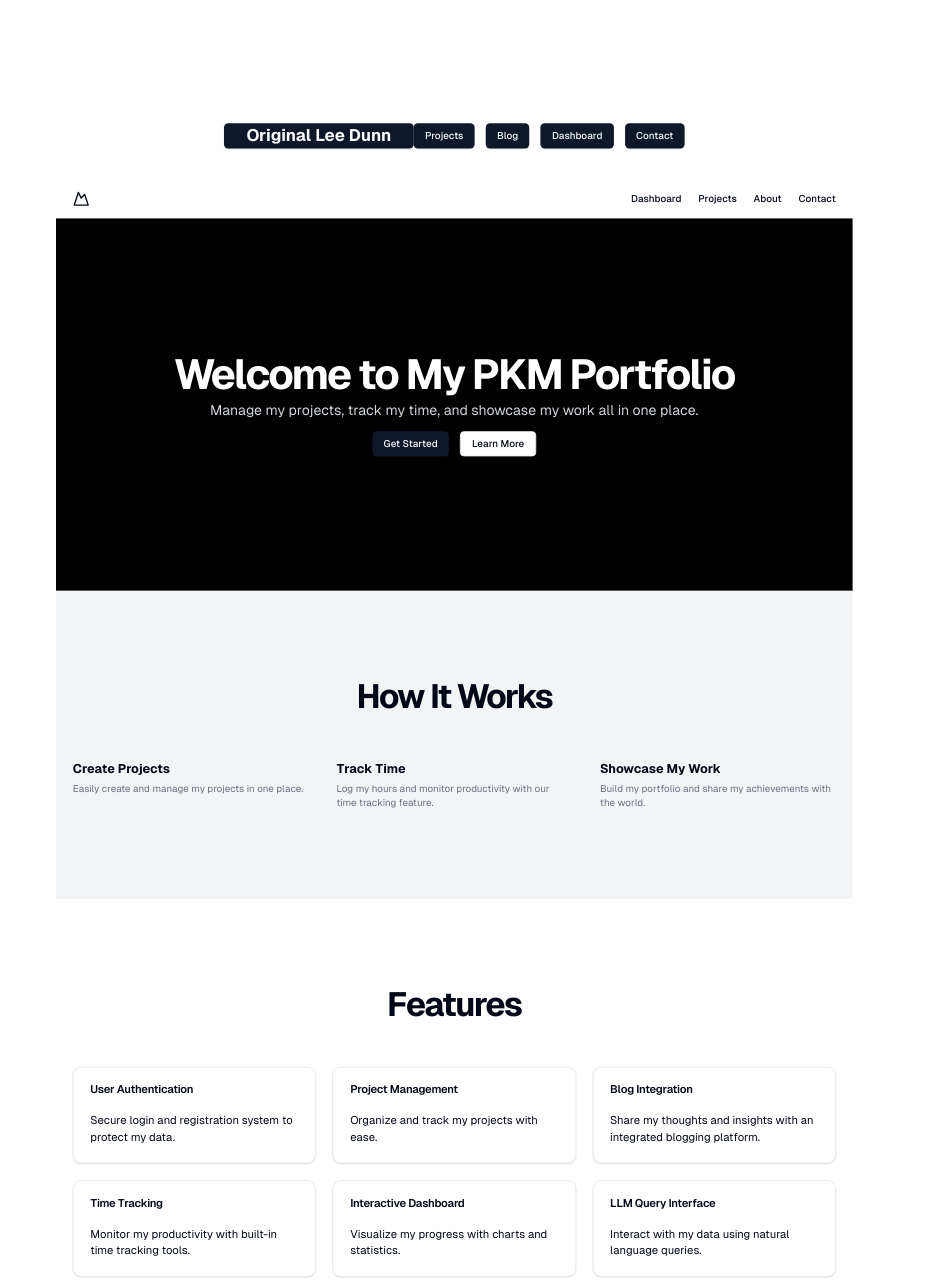
Repository: OriginalLeeDunn/pkm-portfolio
Page: /
An editor plug-in stored every save of this project. The page is shown before and after the next save, followed by the edit.
The browser window is 1280 px wide. The page is 1280 px wide, then 1346 px, then 1280 px, so the pictures cover 1346 px, including what lies to the right of the window. The pictures show the part of the page from y = 0 to 1840 px (the page is 3619 px tall), at 70% of full size.
The project was rebuilt for these pictures with package versions that can differ from the ones it lists, and the page was loaded fresh each time. The framework's server and built-in components were replaced by stand-ins that run in the browser. Also part of the build but not shown: next.config.mjs.

Above is the page before, as saved 2024-10-16 08:49:38.

### src/app/page.tsx
import Image from "next/image";
import { HomePageComponent } from "@/components/home-page/home-page"
import Header from "@/components/Header";
import Footer  from "@/components/Footer"



export default function Home() {
  return (
    <div className="grid grid-rows-[20px_1fr_20px] items-center justify-items-center min-h-screen p-8 pb-20 gap-16 sm:p-20 font-[family-name:var(--font-geist-sans)]">


      <main className="flex flex-col gap-8 row-start-2 items-center sm:items-start">

      <header className="flex flex-col gap-8 row-start-2 items-center sm:items-start">

      <Header/>

      </header>

      <HomePageComponent/>

      <footer className="flex flex-col gap-8 row-start-2 items-center sm:items-start">



      </footer>

      </main>


    </div>
  );
}

### src/components/home-page/home-page.tsx
'use client'

import React from 'react'
import { Button } from "@/components/home-page/ui/button"
import { Card, CardContent, CardDescription, CardHeader, CardTitle } from "@/components/home-page/ui/card"
import { Input } from "@/components/home-page/ui/input"
import { Github, Linkedin, Twitter, Mountain } from "lucide-react"
import Link from "next/link"

export function HomePageComponent() {
  return (
    <div className="flex flex-col min-h-screen">
      <header className="px-4 lg:px-6 h-14 flex items-center">
        <Link className="flex items-center justify-center" href="#">
          <Mountain className="h-6 w-6" />
          <span className="sr-only">PKM Portfolio</span>
        </Link>
        <nav className="ml-auto flex gap-4 sm:gap-6">
          <Link className="text-sm font-medium hover:underline underline-offset-4" href="#">
            Dashboard
          </Link>
          <Link className="text-sm font-medium hover:underline underline-offset-4" href="#">
            Projects
          </Link>
          <Link className="text-sm font-medium hover:underline underline-offset-4" href="#">
            About
          </Link>
          <Link className="text-sm font-medium hover:underline underline-offset-4" href="#">
            Contact
          </Link>
        </nav>
      </header>
      <main className="flex-1">
        <section className="w-full py-12 md:py-24 lg:py-32 xl:py-48 bg-black">
          <div className="container px-4 md:px-6">
            <div className="flex flex-col items-center space-y-4 text-center">
              <div className="space-y-2">
                <h1 className="text-3xl font-bold tracking-tighter sm:text-4xl md:text-5xl lg:text-6xl/none text-white">
                  Welcome to My PKM Portfolio
                </h1>
                <p className="mx-auto max-w-[700px] text-gray-300 md:text-xl">
                  Manage my projects, track my time, and showcase my work all in one place.
                </p>
              </div>
              <div className="space-x-4">
                <Button>Get Started</Button>
                <Button variant="outline">Learn More</Button>
              </div>
            </div>
          </div>
        </section>
        <section className="w-full py-12 md:py-24 lg:py-32 bg-gray-100">
          <div className="container px-4 md:px-6">
            <h2 className="text-3xl font-bold tracking-tighter sm:text-5xl text-center">How It Works</h2>
            <div className="grid gap-10 sm:grid-cols-2 md:grid-cols-3 mt-16 items-start">
              <div className="grid gap-1">
                <h3 className="text-lg font-bold">Create Projects</h3>
                <p className="text-sm text-gray-500">Easily create and manage my projects in one place.</p>
              </div>
              <div className="grid gap-1">
                <h3 className="text-lg font-bold">Track Time</h3>
                <p className="text-sm text-gray-500">Log my hours and monitor productivity with our time tracking feature.</p>
              </div>
              <div className="grid gap-1">
                <h3 className="text-lg font-bold">Showcase My Work</h3>
                <p className="text-sm text-gray-500">Build my portfolio and share my achievements with the world.</p>
              </div>
            </div>
          </div>
        </section>
        <section className="w-full py-12 md:py-24 lg:py-32">
          <div className="container px-4 md:px-6">
            <h2 className="text-3xl font-bold tracking-tighter sm:text-5xl text-center mb-16">Features</h2>
            <div className="grid gap-6 lg:grid-cols-3">
              <Card>
                <CardHeader>
                  <CardTitle>User Authentication</CardTitle>
                </CardHeader>
                <CardContent>Secure login and registration system to protect my data.</CardContent>
              </Card>
              <Card>
                <CardHeader>
                  <CardTitle>Project Management</CardTitle>
                </CardHeader>
                <CardContent>Organize and track my projects with ease.</CardContent>
              </Card>
              <Card>
                <CardHeader>
                  <CardTitle>Blog Integration</CardTitle>
                </CardHeader>
                <CardContent>Share my thoughts and insights with an integrated blogging platform.</CardContent>
              </Card>
              <Card>
                <CardHeader>
                  <CardTitle>Time Tracking</CardTitle>
                </CardHeader>
                <CardContent>Monitor my productivity with built-in time tracking tools.</CardContent>
              </Card>
              <Card>
                <CardHeader>
                  <CardTitle>Interactive Dashboard</CardTitle>
                </CardHeader>
                <CardContent>Visualize my progress with charts and statistics.</CardContent>
              </Card>
              <Card>
                <CardHeader>
                  <CardTitle>LLM Query Interface</CardTitle>
                </CardHeader>
                <CardContent>Interact with my data using natural language queries.</CardContent>
              </Card>
            </div>
          </div>
        </section>
        <section className="w-full py-12 md:py-24 lg:py-32 bg-gray-100">
          <div className="container px-4 md:px-6">
            <div className="flex flex-col items-center space-y-4 text-center">
              <div className="space-y-2">
                <h2 className="text-3xl font-bold tracking-tighter sm:text-5xl">Ready to Get Started?</h2>
                <p className="max-w-[600px] text-gray-500 md:text-xl/relaxed lg:text-base/relaxed xl:text-xl/relaxed mx-auto">
                  Join now and take control of my personal knowledge management and portfolio.
                </p>
              </div>
              <Button className="w-[200px]">Explore Dashboard</Button>
            </div>
          </div>
        </section>
        <section className="w-full py-12 md:py-24 lg:py-32">
          <div className="container px-4 md:px-6">
            <h2 className="text-3xl font-bold tracking-tighter sm:text-5xl text-center mb-16">Latest Blog Posts</h2>
            <div className="grid gap-6 lg:grid-cols-3">
              <Card>
                <CardHeader>
                  <CardTitle>Maximizing Productivity with PKM</CardTitle>
                  <CardDescription>Posted on June 1, 2023</CardDescription>
                </CardHeader>
                <CardContent>Learn how to boost my productivity using Personal Knowledge Management techniques.</CardContent>
              </Card>
              <Card>
                <CardHeader>
                  <CardTitle>Building an Effective Digital Portfolio</CardTitle>
                  <CardDescription>Posted on May 15, 2023</CardDescription>
                </CardHeader>
                <CardContent>Tips and tricks for creating a standout digital portfolio to showcase my work.</CardContent>
              </Card>
              <Card>
                <CardHeader>
                  <CardTitle>The Power of Time Tracking</CardTitle>
                  <CardDescription>Posted on May 1, 2023</CardDescription>
                </CardHeader>
                <CardContent>Discover how time tracking can transform my work habits and improve efficiency.</CardContent>
              </Card>
            </div>
          </div>
        </section>
        <section className="w-full py-12 md:py-24 lg:py-32 bg-gray-100">
          <div className="container px-4 md:px-6">
            <div className="flex flex-col items-center space-y-4 text-center">
              <div className="space-y-2">
                <h2 className="text-3xl font-bold tracking-tighter sm:text-5xl">Get in Touch</h2>
                <p className="max-w-[600px] text-gray-500 md:text-xl/relaxed lg:text-base/relaxed xl:text-xl/relaxed mx-auto">
                  Have questions or feedback? We'd love to hear from you.
                </p>
              </div>
              <div className="w-full max-w-sm space-y-2">
                <form className="flex space-x-2">
                  <Input className="max-w-lg flex-1" placeholder="Enter my email" type="email" />
                  <Button type="submit">Subscribe</Button>
                </form>
                <p className="text-xs text-gray-500">
                  By subscribing, you agree to our Terms of Service and Privacy Policy.
                </p>
              </div>
            </div>
          </div>
        </section>
      </main>
      <footer className="flex flex-col gap-2 sm:flex-row py-6 w-full shrink-0 items-center px-4 md:px-6 border-t">
        <p className="text-xs text-gray-500">© 2023 PKM Portfolio. All rights reserved.</p>
        <nav className="sm:ml-auto flex gap-4 sm:gap-6">
          <Link className="text-xs hover:underline underline-offset-4" href="#">
            Terms of Service
          </Link>
          <Link className="text-xs hover:underline underline-offset-4" href="#">
            Privacy
          </Link>
        </nav>
        <div className="flex gap-4">
          <Link className="text-gray-500" href="#">
            <Github className="h-4 w-4" />
            <span className="sr-only">GitHub</span>
          </Link>
          <Link className="text-gray-500" href="#">
            <Linkedin className="h-4 w-4" />
            <span className="sr-only">LinkedIn</span>
          </Link>
          <Link className="text-gray-500" href="#">
            <Twitter className="h-4 w-4" />
            <span className="sr-only">Twitter</span>
          </Link>
        </div>
      </footer>
    </div>
  )
}
export default HomePageComponent;

### src/components/Header.tsx
import Link from 'next/link'
import { Button } from '@/components/home-page/ui/button'

export default function Header() {
  return (
    <header className="w-full py-3 px-20 bg-background items-center">
      <div className="container mx-auto flex justify-between px-40 items-center">
        <Button className="py-3">
        <Link href="/" className="text-2xl font-bold px-4">
          Original Lee Dunn
        </Link>
        </Button>
        <nav>
          <ul className="flex space-x-4">
            <li><Button asChild><Link href="/projects">Projects</Link></Button></li>
            <li><Button asChild><Link href="/blog">Blog</Link></Button></li>
            <li><Button asChild><Link href="/dashboard">Dashboard</Link></Button></li>
            <li><Button asChild><Link href="/contact">Contact</Link></Button></li>
          </ul>
        </nav>
      </div>
    </header>
  )
}

### src/components/home-page/ui/button.tsx
import * as React from "react"
import { Slot } from "@radix-ui/react-slot"
import { cva, type VariantProps } from "class-variance-authority"

import { cn } from "@/lib/utils"

const buttonVariants = cva(
  "inline-flex items-center justify-center whitespace-nowrap rounded-md text-sm font-medium transition-colors focus-visible:outline-none focus-visible:ring-1 focus-visible:ring-ring disabled:pointer-events-none disabled:opacity-50",
  {
    variants: {
      variant: {
        default:
          "bg-primary text-primary-foreground shadow hover:bg-primary/90",
        destructive:
          "bg-destructive text-destructive-foreground shadow-sm hover:bg-destructive/90",
        outline:
          "border border-input bg-background shadow-sm hover:bg-accent hover:text-accent-foreground",
        secondary:
          "bg-secondary text-secondary-foreground shadow-sm hover:bg-secondary/80",
        ghost: "hover:bg-accent hover:text-accent-foreground",
        link: "text-primary underline-offset-4 hover:underline",
      },
      size: {
        default: "h-9 px-4 py-2",
        sm: "h-8 rounded-md px-3 text-xs",
        lg: "h-10 rounded-md px-8",
        icon: "h-9 w-9",
      },
    },
    defaultVariants: {
      variant: "default",
      size: "default",
    },
  }
)

export interface ButtonProps
  extends React.ButtonHTMLAttributes<HTMLButtonElement>,
    VariantProps<typeof buttonVariants> {
  asChild?: boolean
}

const Button = React.forwardRef<HTMLButtonElement, ButtonProps>(
  ({ className, variant, size, asChild = false, ...props }, ref) => {
    const Comp = asChild ? Slot : "button"
    return (
      <Comp
        className={cn(buttonVariants({ variant, size, className }))}
        ref={ref}
        {...props}
      />
    )
  }
)
Button.displayName = "Button"

export { Button, buttonVariants }

### src/components/home-page/ui/card.tsx
import * as React from "react"

import { cn } from "@/lib/utils"

const Card = React.forwardRef<
  HTMLDivElement,
  React.HTMLAttributes<HTMLDivElement>
>(({ className, ...props }, ref) => (
  <div
    ref={ref}
    className={cn(
      "rounded-xl border bg-card text-card-foreground shadow",
      className
    )}
    {...props}
  />
))
Card.displayName = "Card"

const CardHeader = React.forwardRef<
  HTMLDivElement,
  React.HTMLAttributes<HTMLDivElement>
>(({ className, ...props }, ref) => (
  <div
    ref={ref}
    className={cn("flex flex-col space-y-1.5 p-6", className)}
    {...props}
  />
))
CardHeader.displayName = "CardHeader"

const CardTitle = React.forwardRef<
  HTMLParagraphElement,
  React.HTMLAttributes<HTMLHeadingElement>
>(({ className, ...props }, ref) => (
  <h3
    ref={ref}
    className={cn("font-semibold leading-none tracking-tight", className)}
    {...props}
  />
))
CardTitle.displayName = "CardTitle"

const CardDescription = React.forwardRef<
  HTMLParagraphElement,
  React.HTMLAttributes<HTMLParagraphElement>
>(({ className, ...props }, ref) => (
  <p
    ref={ref}
    className={cn("text-sm text-muted-foreground", className)}
    {...props}
  />
))
CardDescription.displayName = "CardDescription"

const CardContent = React.forwardRef<
  HTMLDivElement,
  React.HTMLAttributes<HTMLDivElement>
>(({ className, ...props }, ref) => (
  <div ref={ref} className={cn("p-6 pt-0", className)} {...props} />
))
CardContent.displayName = "CardContent"

const CardFooter = React.forwardRef<
  HTMLDivElement,
  React.HTMLAttributes<HTMLDivElement>
>(({ className, ...props }, ref) => (
  <div
    ref={ref}
    className={cn("flex items-center p-6 pt-0", className)}
    {...props}
  />
))
CardFooter.displayName = "CardFooter"

export { Card, CardHeader, CardFooter, CardTitle, CardDescription, CardContent }

### src/components/home-page/ui/input.tsx
import * as React from "react"

import { cn } from "@/lib/utils"

export interface InputProps
  extends React.InputHTMLAttributes<HTMLInputElement> {}

const Input = React.forwardRef<HTMLInputElement, InputProps>(
  ({ className, type, ...props }, ref) => {
    return (
      <input
        type={type}
        className={cn(
          "flex h-9 w-full rounded-md border border-input bg-transparent px-3 py-1 text-sm shadow-sm transition-colors file:border-0 file:bg-transparent file:text-sm file:font-medium file:text-foreground placeholder:text-muted-foreground focus-visible:outline-none focus-visible:ring-1 focus-visible:ring-ring disabled:cursor-not-allowed disabled:opacity-50",
          className
        )}
        ref={ref}
        {...props}
      />
    )
  }
)
Input.displayName = "Input"

export { Input }

### tailwind.config.ts
/** @type {import('tailwindcss').Config} */
module.exports = {
  darkMode: ["class"],
  content: [
    './pages/**/*.{ts,tsx}',
    './components/**/*.{ts,tsx}',
    './app/**/*.{ts,tsx}',
    './src/**/*.{ts,tsx}',
  ],
  theme: {
  	container: {
  		center: 'true',
  		padding: '2rem',
  		screens: {
  			'2xl': '1400px'
  		}
  	},
  	extend: {
  		colors: {
  			border: 'hsl(var(--border))',
  			input: 'hsl(var(--input))',
  			ring: 'hsl(var(--ring))',
  			background: 'hsl(var(--background))',
  			foreground: 'hsl(var(--foreground))',
  			primary: {
  				DEFAULT: 'hsl(var(--primary))',
  				foreground: 'hsl(var(--primary-foreground))'
  			},
  			secondary: {
  				DEFAULT: 'hsl(var(--secondary))',
  				foreground: 'hsl(var(--secondary-foreground))'
  			},
  			destructive: {
  				DEFAULT: 'hsl(var(--destructive))',
  				foreground: 'hsl(var(--destructive-foreground))'
  			},
  			muted: {
  				DEFAULT: 'hsl(var(--muted))',
  				foreground: 'hsl(var(--muted-foreground))'
  			},
  			accent: {
  				DEFAULT: 'hsl(var(--accent))',
  				foreground: 'hsl(var(--accent-foreground))'
  			},
  			popover: {
  				DEFAULT: 'hsl(var(--popover))',
  				foreground: 'hsl(var(--popover-foreground))'
  			},
  			card: {
  				DEFAULT: 'hsl(var(--card))',
  				foreground: 'hsl(var(--card-foreground))'
  			},
  			chart: {
  				'1': 'hsl(var(--chart-1))',
  				'2': 'hsl(var(--chart-2))',
  				'3': 'hsl(var(--chart-3))',
  				'4': 'hsl(var(--chart-4))',
  				'5': 'hsl(var(--chart-5))'
  			}
  		},
  		borderRadius: {
  			lg: 'var(--radius)',
  			md: 'calc(var(--radius) - 2px)',
  			sm: 'calc(var(--radius) - 4px)'
  		},
  		keyframes: {
  			'accordion-down': {
  				from: {
  					height: '0'
  				},
  				to: {
  					height: 'var(--radix-accordion-content-height)'
  				}
  			},
  			'accordion-up': {
  				from: {
  					height: 'var(--radix-accordion-content-height)'
  				},
  				to: {
  					height: '0'
  				}
  			}
  		},
  		animation: {
  			'accordion-down': 'accordion-down 0.2s ease-out',
  			'accordion-up': 'accordion-up 0.2s ease-out'
  		}
  	}
  },
  plugins: [require("tailwindcss-animate")],
}

Loaded but not shown: src/app/layout.tsx (common file); src/app/globals.css (common file); src/lib/utils.ts (common file)

After the next save:
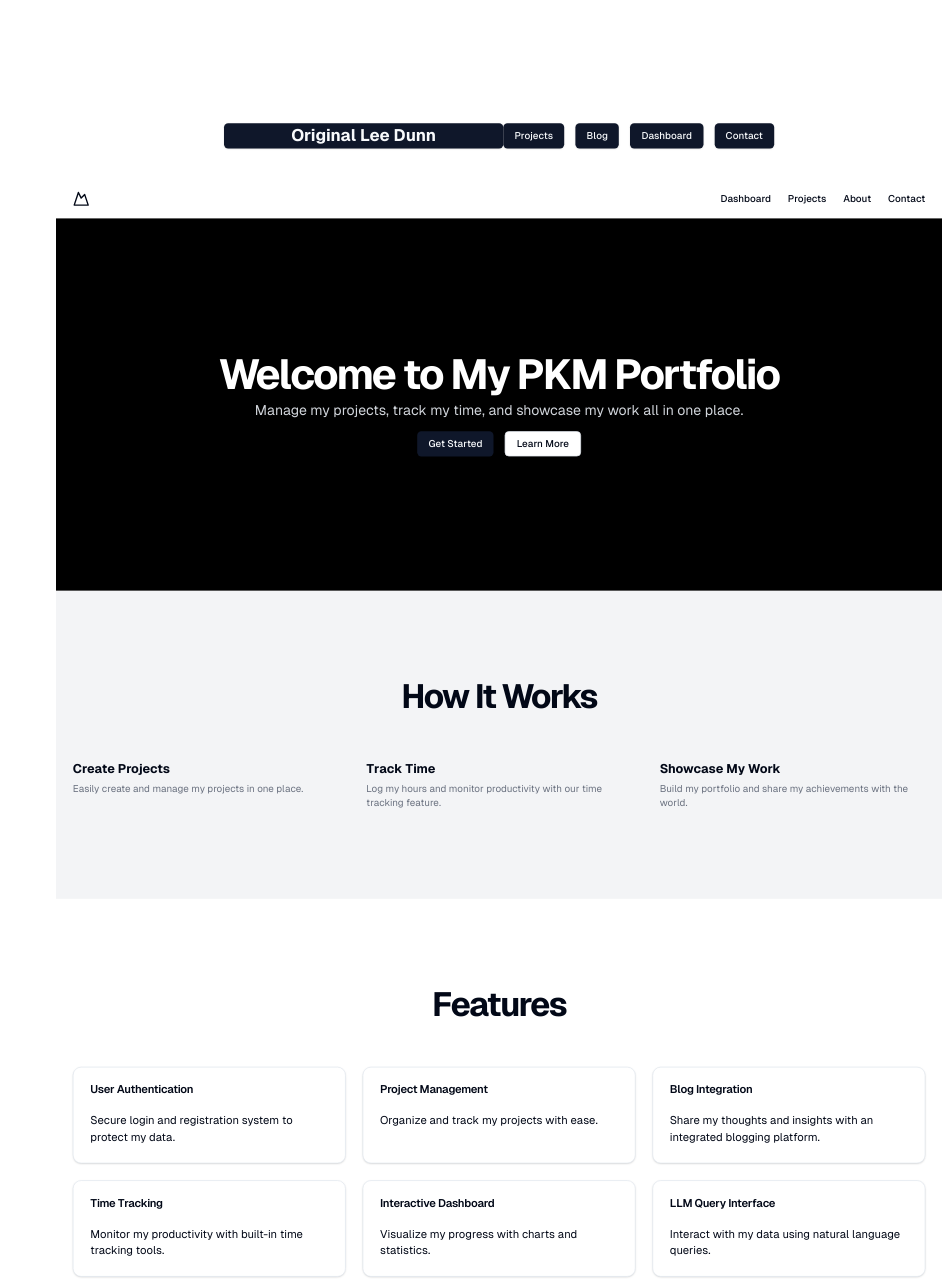
Saved 7 s later.
--- a/src/components/Header.tsx
+++ b/src/components/Header.tsx
@@ -5,7 +5,7 @@
   return (
     <header className="w-full py-3 px-20 bg-background items-center">
       <div className="container mx-auto flex justify-between px-40 items-center">
-        <Button className="py-3">
+        <Button className="py-3 px-20">
         <Link href="/" className="text-2xl font-bold px-4">
           Original Lee Dunn
         </Link>

After the save that followed:
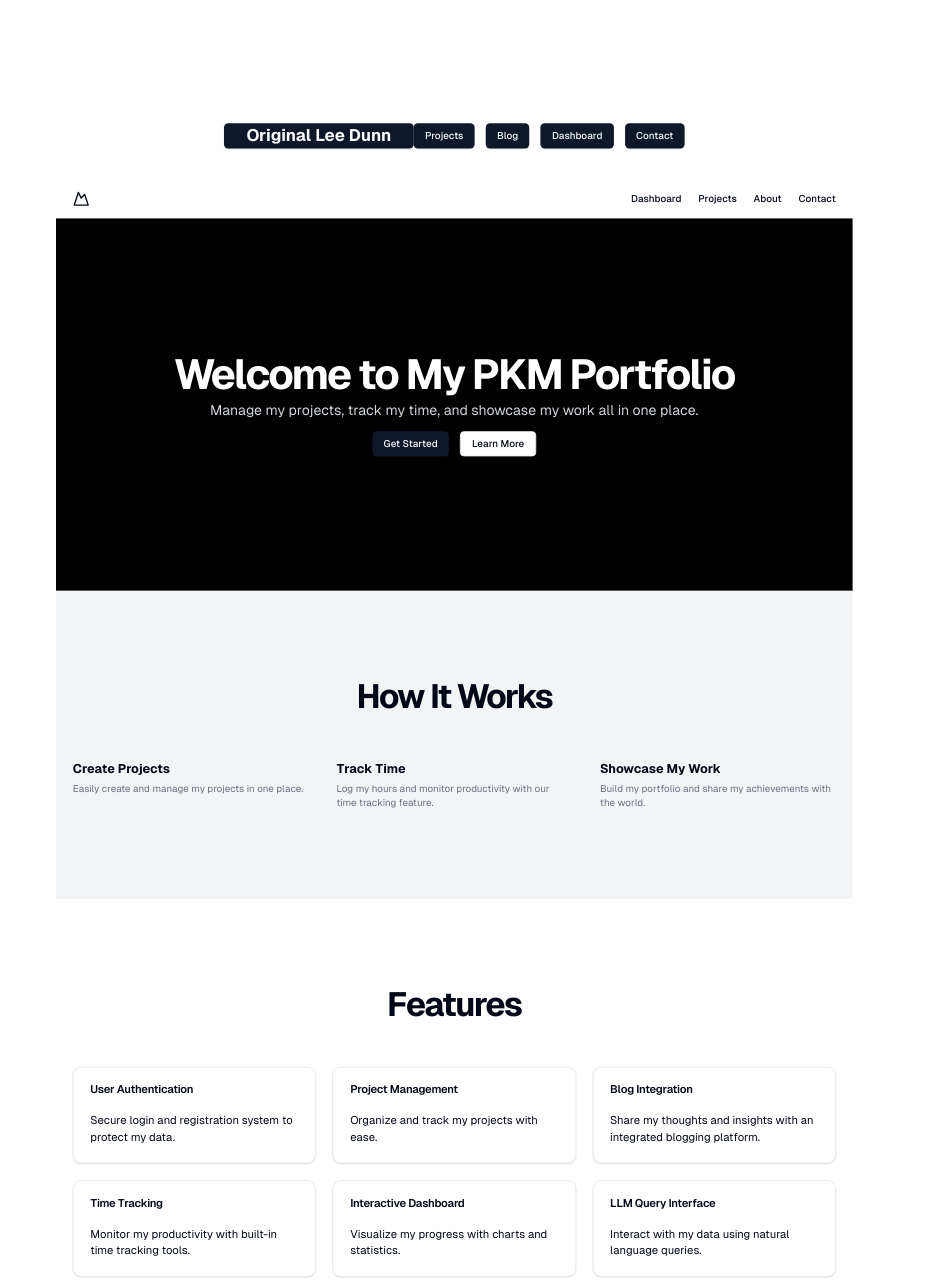
Saved 8 s later.
--- a/src/components/Header.tsx
+++ b/src/components/Header.tsx
@@ -5,7 +5,7 @@
   return (
     <header className="w-full py-3 px-20 bg-background items-center">
       <div className="container mx-auto flex justify-between px-40 items-center">
-        <Button className="py-3 px-20">
+        <Button className="py-3 px-4">
         <Link href="/" className="text-2xl font-bold px-4">
           Original Lee Dunn
         </Link>
